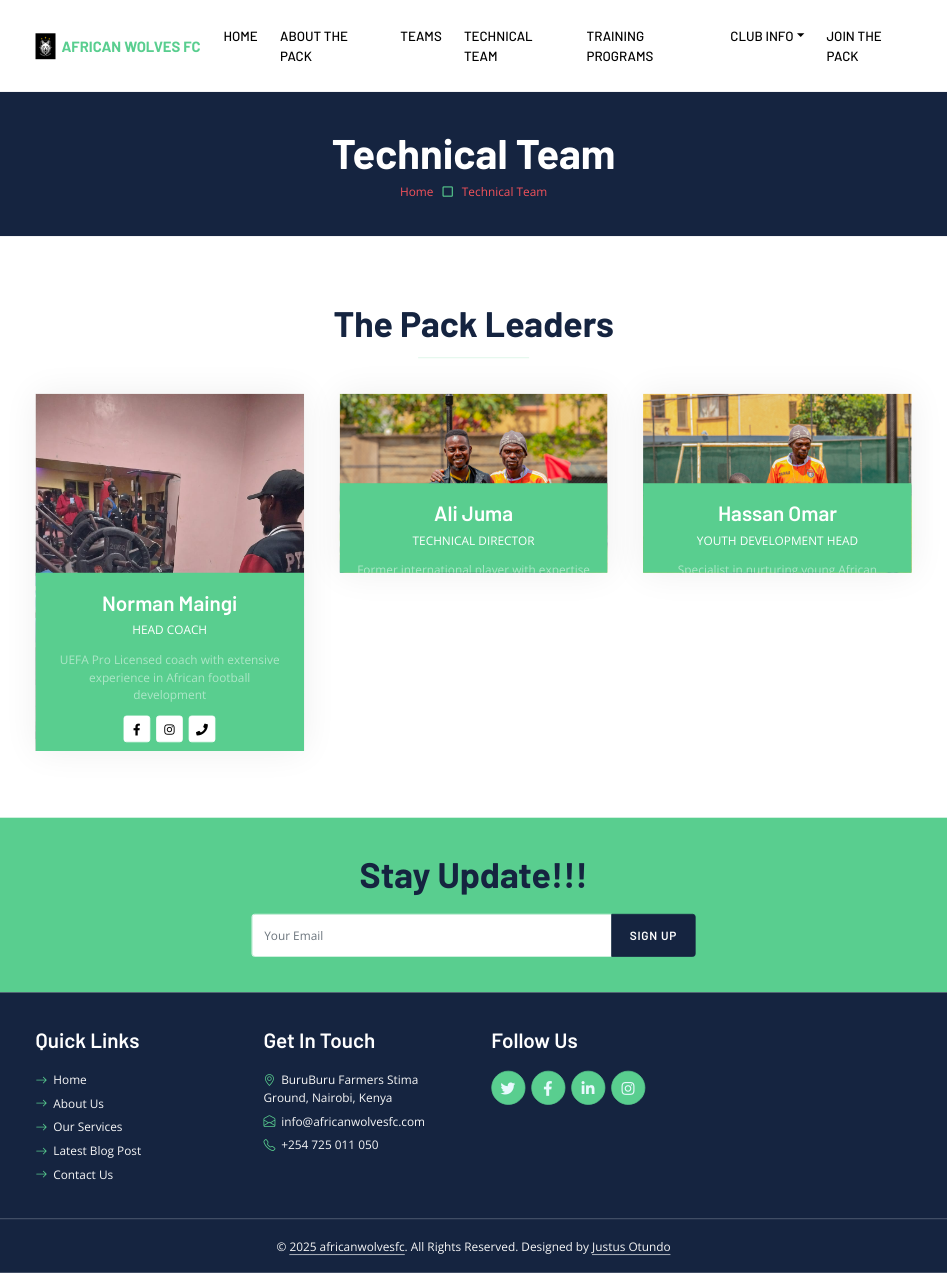
Repository: Justus-Otundo/uleziborafc
Page: coachingstaff.html
An editor plug-in stored every save of this project. The page is shown before and after the next save, followed by the edit.
The browser window is 1280 px wide. The pictures show the whole page, at 74% of full size.
Some web libraries are served in a nearby version.

Above is the page before, as saved 2025-06-11 13:54:34.

### coachingstaff.html
<!DOCTYPE html>
<html lang="en">
<head>
    <meta charset="utf-8">
    <title>Technical Team - African Wolves FC</title>
    <meta content="width=device-width, initial-scale=1.0" name="viewport">
    <meta content="African Football Club, Professional Coaches, Football Development" name="keywords">
    <meta content="Meet the experienced technical team behind African Wolves FC" name="description">

    <!-- Favicon -->
    <link href="img/favicon.ico" rel="icon">

    <!-- Google Web Fonts -->
    <link rel="preconnect" href="https://fonts.googleapis.com">
    <link rel="preconnect" href="https://fonts.gstatic.com" crossorigin>
    <link href="https://fonts.googleapis.com/css2?family=Barlow:wght@500;600;700&family=Open+Sans:wght@400;600&display=swap" rel="stylesheet">

    <!-- Icon Font Stylesheet -->
    <link href="https://cdnjs.cloudflare.com/ajax/libs/font-awesome/5.10.0/css/all.min.css" rel="stylesheet">
    <link href="https://cdn.jsdelivr.net/npm/bootstrap-icons@1.4.1/font/bootstrap-icons.css" rel="stylesheet">

    <!-- Libraries Stylesheet -->
    <link href="lib/owlcarousel/assets/owl.carousel.min.css" rel="stylesheet">

    <!-- Customized Bootstrap Stylesheet -->
    <link href="css/bootstrap.min.css" rel="stylesheet">

    <!-- Template Stylesheet -->
    <link href="css/style.css" rel="stylesheet">
</head>

<body>
    <!-- Include Navbar -->
    <div id="navbar"></div>

    <!-- Page Header Start -->
    <div class="container-fluid bg-dark p-5">
        <div class="row">
            <div class="col-12 text-center">
                <h1 class="display-4 text-white">Technical Team</h1>
                <a href="index.html">Home</a>
                <i class="far fa-square text-primary px-2"></i>
                <a href="coachingstaff.html">Technical Team</a>
            </div>
        </div>
    </div>
    <!-- Page Header End -->

    <!-- Technical Team Start -->
    <div class="container-fluid py-6 px-5">
        <div class="text-center mx-auto mb-5" style="max-width: 600px;">
            <h1 class="display-5 mb-0">The Pack Leaders</h1>
            <hr class="w-25 mx-auto bg-primary">
        </div>
        <div class="row g-5">
            <div class="col-lg-4">
                <div class="team-item position-relative overflow-hidden">
                    <img class="img-fluid w-100" src="img/coachmaingi.jpeg" alt="Head Coach">
                    <div class="team-text w-100 position-absolute top-50 text-center bg-primary p-4">
                        <h3 class="text-white">Norman Maingi</h3>
                        <p class="text-white text-uppercase mb-0">Head Coach</p>
                        <p class="text-white-50 mt-3">UEFA Pro Licensed coach with extensive experience in African football development</p>
                        <div class="d-flex justify-content-center mt-3">
                            <a class="btn btn-square btn-light me-2" href="#"><i class="fab fa-facebook-f"></i></a>
                            <a class="btn btn-square btn-light me-2" href="#"><i class="fab fa-instagram"></i></a>
                            <a class="btn btn-square btn-light" href="#"><i class="fas fa-phone"></i></a>
                        </div>
                    </div>
                </div>
            </div>
            <div class="col-lg-4">
                <div class="team-item position-relative overflow-hidden">
                    <img class="img-fluid w-100" src="img/coach-2.jpg" alt="Technical Director">
                    <div class="team-text w-100 position-absolute top-50 text-center bg-primary p-4">
                        <h3 class="text-white">Ali Juma</h3>
                        <p class="text-white text-uppercase mb-0">Technical Director</p>
                        <p class="text-white-50 mt-3">Former international player with expertise in African talent development</p>
                        <div class="d-flex justify-content-center mt-3">
                            <a class="btn btn-square btn-light me-2" href="#"><i class="fab fa-facebook-f"></i></a>
                            <a class="btn btn-square btn-light me-2" href="#"><i class="fab fa-instagram"></i></a>
                            <a class="btn btn-square btn-light" href="#"><i class="fas fa-phone"></i></a>
                        </div>
                    </div>
                </div>
            </div>
            <div class="col-lg-4">
                <div class="team-item position-relative overflow-hidden">
                    <img class="img-fluid w-100" src="img/coach-3.jpg" alt="Youth Development Head">
                    <div class="team-text w-100 position-absolute top-50 text-center bg-primary p-4">
                        <h3 class="text-white">Hassan Omar</h3>
                        <p class="text-white text-uppercase mb-0">Youth Development Head</p>
                        <p class="text-white-50 mt-3">Specialist in nurturing young African talent with proven track record</p>
                        <div class="d-flex justify-content-center mt-3">
                            <a class="btn btn-square btn-light me-2" href="#"><i class="fab fa-facebook-f"></i></a>
                            <a class="btn btn-square btn-light me-2" href="#"><i class="fab fa-instagram"></i></a>
                            <a class="btn btn-square btn-light" href="#"><i class="fas fa-phone"></i></a>
                        </div>
                    </div>
                </div>
            </div>
        </div>
    </div>
    <!-- Technical Team End -->

    <!-- Include Footer -->
    <div id="footer"></div>

    <!-- JavaScript Libraries -->
    <script src="https://code.jquery.com/jquery-3.4.1.min.js"></script>
    <script src="https://cdn.jsdelivr.net/npm/bootstrap@5.0.0/dist/js/bootstrap.bundle.min.js"></script>
    <script src="lib/easing/easing.min.js"></script>
    <script src="lib/waypoints/waypoints.min.js"></script>
    <script src="lib/owlcarousel/owl.carousel.min.js"></script>

    <!-- Template Javascript -->
    <script src="js/main.js"></script>
    <script>
        $(document).ready(function(){
            $("#navbar").load("navbar.html");
            $("#footer").load("footer.html");
        });
    </script>
</body>
</html>

### css/style.css
/********** Template CSS **********/
:root {
    --primary: #59CE8F;    /* Green - for primary elements and accents */
    --secondary: #E8F9FD;  /* Light Blue - for backgrounds and secondary elements */
    --accent: #FF1E00;     /* Red - for highlights and call-to-action elements */
    --dark: #000000;       /* Black - for text and dark elements */
}

h1,
h2,
.font-weight-bold {
    font-weight: 700 !important;
}

h3,
h4,
.font-weight-semi-bold {
    font-weight: 600 !important;
}

h5,
h6,
.font-weight-medium {
    font-weight: 500 !important;
}

.pt-6 {
    padding-top: 90px;
}

.pb-6 {
    padding-bottom: 90px;
}

.py-6 {
    padding-top: 90px;
    padding-bottom: 90px;
}

.btn {
    font-family: 'Barlow', sans-serif;
    font-weight: 600;
    text-transform: uppercase;
    letter-spacing: 1px;
    transition: all 0.3s ease;
}

.btn-primary {
    color: var(--secondary);
    background-color: var(--primary);
    border-color: var(--primary);
}

.btn-primary:hover {
    color: var(--secondary);
    background-color: #48b77c;  /* Darker shade of primary green */
    border-color: #48b77c;
}

.btn-square {
    width: 36px;
    height: 36px;
}

.btn-sm-square {
    width: 28px;
    height: 28px;
}

.btn-lg-square {
    width: 46px;
    height: 46px;
}

.btn-square,
.btn-sm-square,
.btn-lg-square {
    padding-left: 0;
    padding-right: 0;
    text-align: center;
}

.back-to-top {
    position: fixed;
    display: none;
    right: 45px;
    bottom: 45px;
    z-index: 99;
}

.top-shape::before {
    position: absolute;
    content: "";
    width: 35px;
    height: 100%;
    top: 0;
    left: -17px;
    background: var(--primary);
    transform: skew(40deg);
}

.navbar {
    transition: all 0.3s ease-in-out;
    background: #ffffff;
    z-index: 1030;
}

.navbar.fixed-top {
    position: fixed !important;
    top: 0;
    right: 0;
    left: 0;
    z-index: 1030;
}

.navbar-light .navbar-nav .nav-link {
    font-family: 'Barlow', sans-serif;
    padding: 35px 15px;
    font-size: 18px;
    text-transform: uppercase;
    color: var(--dark);
    outline: none;
    transition: .5s;
}

.sticky-top.navbar-light .navbar-nav .nav-link {
    padding: 20px 15px;
}

.navbar-light .navbar-nav .nav-link:hover,
.navbar-light .navbar-nav .nav-link.active {
    color: var(--accent);
}

@media (max-width: 991.98px) {
    .navbar-light .navbar-nav .nav-link  {
        padding: 10px 0;
    }
}

.navbar-logo {
    height: 35px;
    width: auto;
    vertical-align: middle;
}

.brand-text {
    font-size: 1.25rem;
    font-weight: 600;
    line-height: 1.2;
}

.carousel-caption {
    top: 0;
    left: 0;
    right: 0;
    bottom: 0;
    background: rgba(21, 36, 64, .7);
    z-index: 1;
}

@media (max-width: 576px) {
    .carousel-caption h5 {
        font-size: 14px;
        font-weight: 500 !important;
    }

    .carousel-caption h1 {
        font-size: 30px;
        font-weight: 600 !important;
    }
}

.carousel-control-prev,
.carousel-control-next {
    width: 10%;
}

.carousel-control-prev-icon,
.carousel-control-next-icon {
    width: 3rem;
    height: 3rem;
}

.service-item {
    position: relative;
    overflow: hidden;
    height: 350px;
    display: flex;
    flex-direction: column;
    align-items: center;
    justify-content: center;
    background: rgba(232, 249, 253, 0.9); /* Semi-transparent secondary color */
    transition: all 0.3s ease;
    backdrop-filter: blur(5px);
    border-radius: 10px;
}

.service-item::after {
    position: absolute;
    content: "";
    width: 100%;
    height: 50px;
    bottom: -50px;
    left: 0;
    background: var(--light);
    border-radius: 100% 100% 0 0;
    box-shadow: 0px -10px 5px #EEEEEE;
    transition: .5s;
}

.service-item:hover {
    transform: translateY(-10px);
    box-shadow: 0 10px 30px rgba(0,0,0,0.1);
    border-color: var(--accent);
}

.service-item i {
    transition: all 0.3s ease;
}

.service-item:hover i {
    transform: scale(1.2);
}

.service-item:hover::after {
    bottom: -25px;
}

.service-item p {
    transition: .3s;
}

.service-item:hover p {
    margin-bottom: 25px !important;
}

.team-item {
    box-shadow: 0 0 45px rgba(0, 0, 0, .07);
}

.team-item img {
    transition: all 0.5s ease;
}

.team-item:hover img {
    transform: scale(1.1);
}

.team-item .team-text {
    transition: .5s;
}

.team-item:hover .team-text {
    background: rgba(89, 206, 143, 0.9) !important; /* Semi-transparent primary color */
}

.testimonial-carousel .owl-nav {
    margin-top: 30px;
    display: flex;
    justify-content: start;
}

.testimonial-carousel .owl-nav .owl-prev,
.testimonial-carousel .owl-nav .owl-next{
    position: relative;
    margin: 0 5px;
    width: 45px;
    height: 45px;
    display: flex;
    align-items: center;
    justify-content: center;
    color: #FFFFFF;
    background: var(--primary);
    font-size: 22px;
    border-radius: 45px;
    transition: .5s;
}

.testimonial-carousel .owl-nav .owl-prev:hover,
.testimonial-carousel .owl-nav .owl-next:hover {
    color: var(--dark);
}

.testimonial-carousel .owl-item img {
    width: 90px;
    height: 90px;
}

.blog-item img {
    transition: .5s;
}

.blog-item:hover img {
    transform: scale(1.1);
}

.team-card-image {
    width: 100%;
    height: 250px;
    object-fit: cover;
    border-top-left-radius: 5px;
    border-top-right-radius: 5px;
}

.teams-section {
    position: relative;
    background: url('../img/wolves-logo.jpeg') no-repeat center center;
    background-size: 50%;
    background-attachment: fixed;
}

.teams-section::before {
    content: '';
    position: absolute;
    top: 0;
    left: 0;
    right: 0;
    bottom: 0;
    background: rgba(255, 255, 255, 0.95);
}

.teams-section .container-fluid {
    position: relative;
    z-index: 1;
}

/* Fixed Navbar Styles */
.fixed-top {
    transition: all 0.3s ease;
}

/* Add padding to body to prevent content from hiding under navbar */
body {
    position: relative;
    padding-top: 90px;
}

/* Optional: Change navbar background when scrolled */
.navbar.fixed-top.scrolled {
    background-color: rgba(255, 255, 255, 0.95) !important;
    box-shadow: 0 0 15px rgba(0, 0, 0, 0.1);
}

.content-wrapper {
    position: relative;
    min-height: calc(100vh - 90px);
    padding-top: 90px;
    z-index: 1;
}

.bg-primary {
    background-color: var(--primary) !important;
}

.bg-secondary {
    background-color: var(--secondary) !important;
}

.text-primary {
    color: var(--primary) !important;
}

.btn-accent {
    color: var(--secondary);
    background-color: var(--accent);
    border-color: var(--accent);
}

.text-accent {
    color: var(--accent) !important;
}

/* Enhanced Typography */
.display-1 {
    font-weight: 700;
    letter-spacing: -1px;
}

.text-shadow {
    text-shadow: 2px 2px 4px rgba(0, 0, 0, 0.5);
}

/* Button Enhancements */
.btn {
    text-transform: uppercase;
    letter-spacing: 1px;
    transition: all 0.3s ease;
}

.btn:hover {
    transform: translateY(-2px);
    box-shadow: 0 5px 15px rgba(0,0,0,0.1);
}

/* Section Improvements */
.service-item {
    border: none;
    border-radius: 10px;
    overflow: hidden;
    transition: all 0.3s ease;
}

.service-item:hover {
    transform: translateY(-10px);
    box-shadow: 0 10px 30px rgba(0,0,0,0.1);
}

/* Image Enhancements */
.carousel-item img {
    filter: brightness(0.8);
}

.team-item img {
    transition: all 0.5s ease;
}

.team-item:hover img {
    transform: scale(1.1);
}

/* Testimonial Improvements */
.testimonial-item {
    background: rgba(255, 255, 255, 0.95);
    border-radius: 10px;
    padding: 30px;
    margin: 15px;
    box-shadow: 0 5px 15px rgba(0,0,0,0.1);
}

### js/main.js
(function ($) {
    "use strict";

    // Sticky Navbar
    $(window).scroll(function () {
        if ($(this).scrollTop() > 0) {
            $('.navbar').addClass('fixed-top shadow-sm').css('position', 'fixed');
            $('body').css('padding-top', $('.navbar').outerHeight());
        } else {
            $('.navbar').removeClass('fixed-top shadow-sm').css('position', '');
            $('body').css('padding-top', 0);
        }
    });

    // Dropdown on mouse hover
    $(document).ready(function () {
        function toggleNavbarMethod() {
            if ($(window).width() > 992) {
                $('.navbar .dropdown').on('mouseover', function () {
                    $('.dropdown-toggle', this).trigger('click');
                }).on('mouseout', function () {
                    $('.dropdown-toggle', this).trigger('click').blur();
                });
            } else {
                $('.navbar .dropdown').off('mouseover').off('mouseout');
            }
        }
        toggleNavbarMethod();
        $(window).resize(toggleNavbarMethod);
    });


    // Back to top button
    $(window).scroll(function () {
        if ($(this).scrollTop() > 100) {
            $('.back-to-top').fadeIn('slow');
        } else {
            $('.back-to-top').fadeOut('slow');
        }
    });
    $('.back-to-top').click(function () {
        $('html, body').animate({scrollTop: 0}, 1500, 'easeInOutExpo');
        return false;
    });


    // Testimonials carousel
    $(".testimonial-carousel").owlCarousel({
        autoplay: true,
        smartSpeed: 1000,
        items: 1,
        dots: false,
        loop: true,
        nav : true,
        navText : [
            '<i class="bi bi-arrow-left"></i>',
            '<i class="bi bi-arrow-right"></i>'
        ],
    });

})(jQuery);

### navbar.html
<nav class="navbar navbar-expand-lg bg-white navbar-light shadow-sm px-5 py-3 py-lg-0 fixed-top">
    <a href="index.html" class="navbar-brand p-0 d-flex align-items-center">
        <img src="img/wolves-logo.jpeg" alt="African Wolves FC Logo" class="navbar-logo me-2">
        <h1 class="brand-text m-0 text-uppercase text-primary">African Wolves FC</h1>
    </a>
    <button class="navbar-toggler" type="button" data-bs-toggle="collapse" data-bs-target="#navbarCollapse">
        <span class="navbar-toggler-icon"></span>
    </button>
    <div class="collapse navbar-collapse" id="navbarCollapse">
        <div class="navbar-nav ms-auto py-0 me-n3">
            <a href="index.html" class="nav-item nav-link">Home</a>
            <a href="about.html" class="nav-item nav-link">About The Pack</a>
            <a href="service.html" class="nav-item nav-link">Teams</a>
            <a href="coachingstaff.html" class="nav-item nav-link">Technical Team</a>
            <a href="trainingprograms.html" class="nav-item nav-link">Training Programs</a>
            <div class="nav-item dropdown">
                <a href="#" class="nav-link dropdown-toggle" data-bs-toggle="dropdown">Club Info</a>
                <div class="dropdown-menu m-0">
                    <a href="news.html" class="dropdown-item">Club News</a>
                    <a href="matches.html" class="dropdown-item">Matches & Results</a>
                    <a href="academy.html" class="dropdown-item">Academy</a>
                    <a href="registration.html" class="dropdown-item">Player Registration</a>
                    <a href="testimonial.html" class="dropdown-item">Success Stories</a>
                </div>
            </div>
            <a href="contact.html" class="nav-item nav-link">Join The Pack</a>
        </div>
    </div>
</nav>

### footer.html
<!-- Footer Start -->
<div class="container-fluid bg-primary text-secondary p-5">
    <div class="row g-5">
        <div class="col-12 text-center">
            <h1 class="display-5 mb-4">Stay Update!!!</h1>
            <form class="mx-auto" style="max-width: 600px;">
                <div class="input-group">
                    <input type="text" class="form-control border-white p-3" placeholder="Your Email">
                    <button class="btn btn-dark px-4">Sign Up</button>
                </div>
            </form>
        </div>
    </div>
</div>
<div class="container-fluid bg-dark text-secondary p-5">
    <div class="row g-5">
        <div class="col-lg-3 col-md-6">
            <h3 class="text-white mb-4">Quick Links</h3>
            <div class="d-flex flex-column justify-content-start">
                <a class="text-secondary mb-2" href="#"><i class="bi bi-arrow-right text-primary me-2"></i>Home</a>
                <a class="text-secondary mb-2" href="#"><i class="bi bi-arrow-right text-primary me-2"></i>About Us</a>
                <a class="text-secondary mb-2" href="#"><i class="bi bi-arrow-right text-primary me-2"></i>Our Services</a>
                <a class="text-secondary mb-2" href="#"><i class="bi bi-arrow-right text-primary me-2"></i>Latest Blog Post</a>
                <a class="text-secondary" href="#"><i class="bi bi-arrow-right text-primary me-2"></i>Contact Us</a>
            </div>
        </div>
        <div class="col-lg-3 col-md-6">
            <h3 class="text-white mb-4">Get In Touch</h3>
            <p class="mb-2"><i class="bi bi-geo-alt text-primary me-2"></i>BuruBuru Farmers Stima Ground, Nairobi, Kenya</p>
            <p class="mb-2"><i class="bi bi-envelope-open text-primary me-2"></i>info@africanwolvesfc.com</p>
            <p class="mb-0"><i class="bi bi-telephone text-primary me-2"></i>+254 725 011 050</p>
        </div>
        <div class="col-lg-3 col-md-6">
            <h3 class="text-white mb-4">Follow Us</h3>
            <div class="d-flex">
                <a class="btn btn-lg btn-primary btn-lg-square rounded-circle me-2" href="#"><i class="fab fa-twitter fw-normal"></i></a>
                <a class="btn btn-lg btn-primary btn-lg-square rounded-circle me-2" href="#"><i class="fab fa-facebook-f fw-normal"></i></a>
                <a class="btn btn-lg btn-primary btn-lg-square rounded-circle me-2" href="#"><i class="fab fa-linkedin-in fw-normal"></i></a>
                <a class="btn btn-lg btn-primary btn-lg-square rounded-circle" href="#"><i class="fab fa-instagram fw-normal"></i></a>
            </div>
        </div>
    </div>
</div>
<div class="container-fluid bg-dark text-secondary text-center border-top py-4 px-5" style="border-color: rgba(256, 256, 256, .1) !important;">
    <p class="m-0">&copy; <a class="text-secondary border-bottom" href="#">2025 africanwolvesfc</a>. All Rights Reserved. Designed by <a class="text-secondary border-bottom" href="https://justus-otundo.github.io/justus-otundo/">Justus Otundo</a></p>
</div>
<!-- Footer End -->

Loaded but not shown: lib/owlcarousel/assets/owl.carousel.min.css (common file); css/bootstrap.min.css (library); lib/easing/easing.min.js (common file); lib/waypoints/waypoints.min.js (library); lib/owlcarousel/owl.carousel.min.js (library)

After the next save:
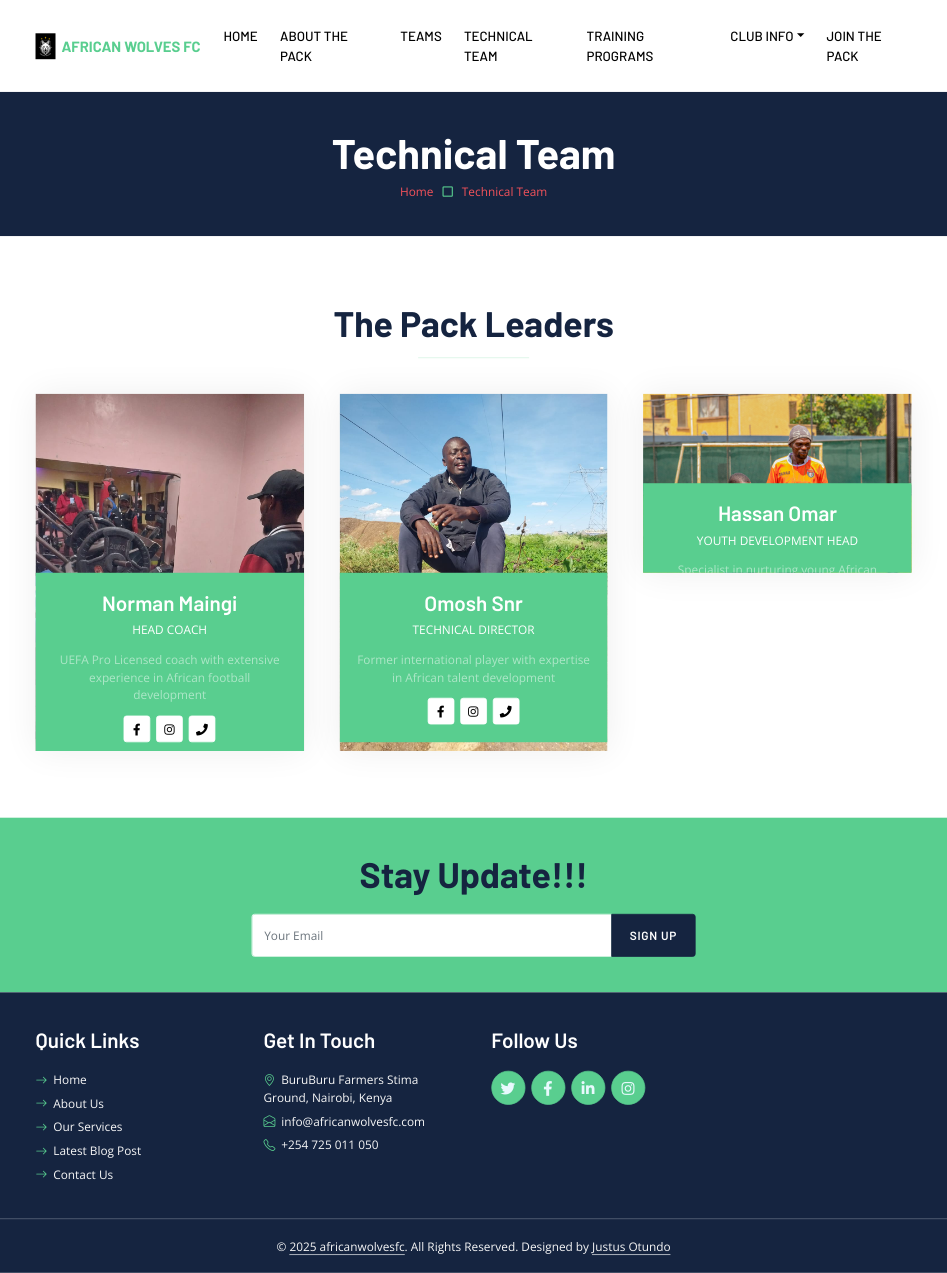
Saved 42 s later.
--- a/coachingstaff.html
+++ b/coachingstaff.html
@@ -70,9 +70,9 @@
             </div>
             <div class="col-lg-4">
                 <div class="team-item position-relative overflow-hidden">
-                    <img class="img-fluid w-100" src="img/coach-2.jpg" alt="Technical Director">
+                    <img class="img-fluid w-100" src="img/omosh.jpeg" alt="Technical Director">
                     <div class="team-text w-100 position-absolute top-50 text-center bg-primary p-4">
-                        <h3 class="text-white">Ali Juma</h3>
+                        <h3 class="text-white">Omosh Snr</h3>
                         <p class="text-white text-uppercase mb-0">Technical Director</p>
                         <p class="text-white-50 mt-3">Former international player with expertise in African talent development</p>
                         <div class="d-flex justify-content-center mt-3">
